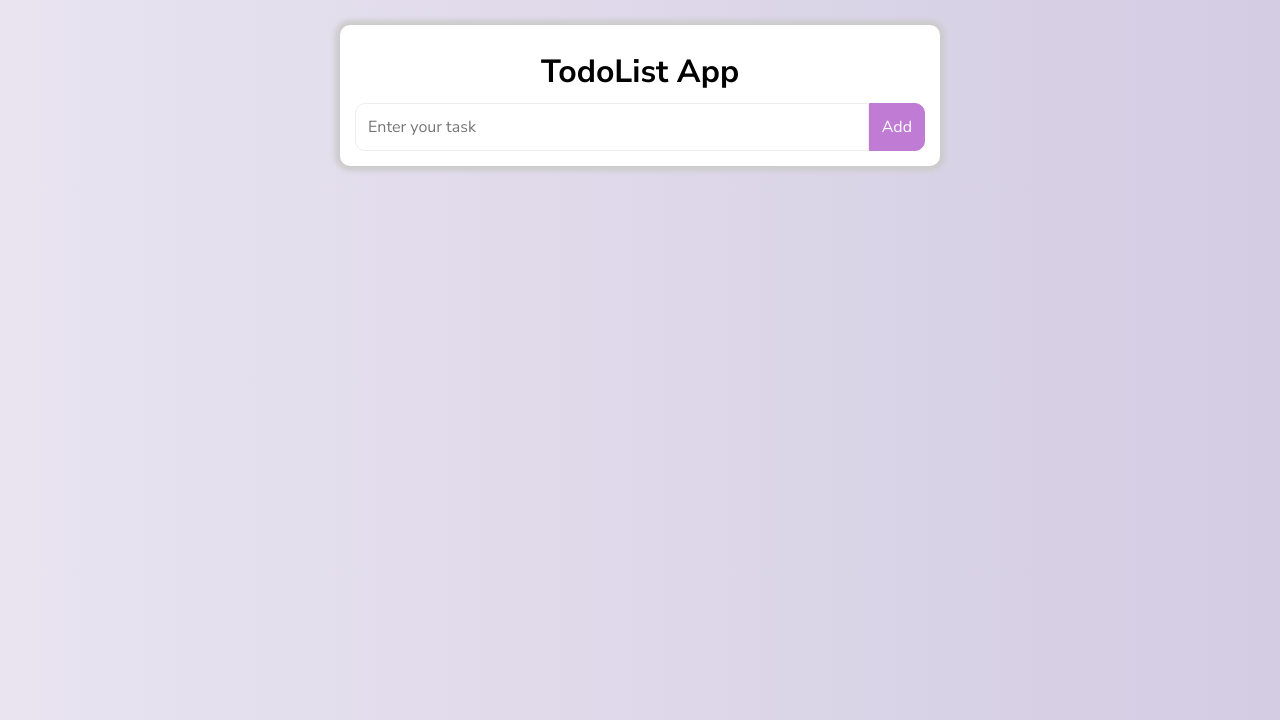
Repository: anhquan74-dev/todolist_app
Page: index.html
An editor plug-in stored every save of this project. The page is shown before and after the next save, followed by the edit.
The browser window is 1280 px wide. The pictures show the whole page.
Some web libraries are served in a nearby version.

Above is the page before, as saved 2022-07-21 17:49:47.

After the next save:
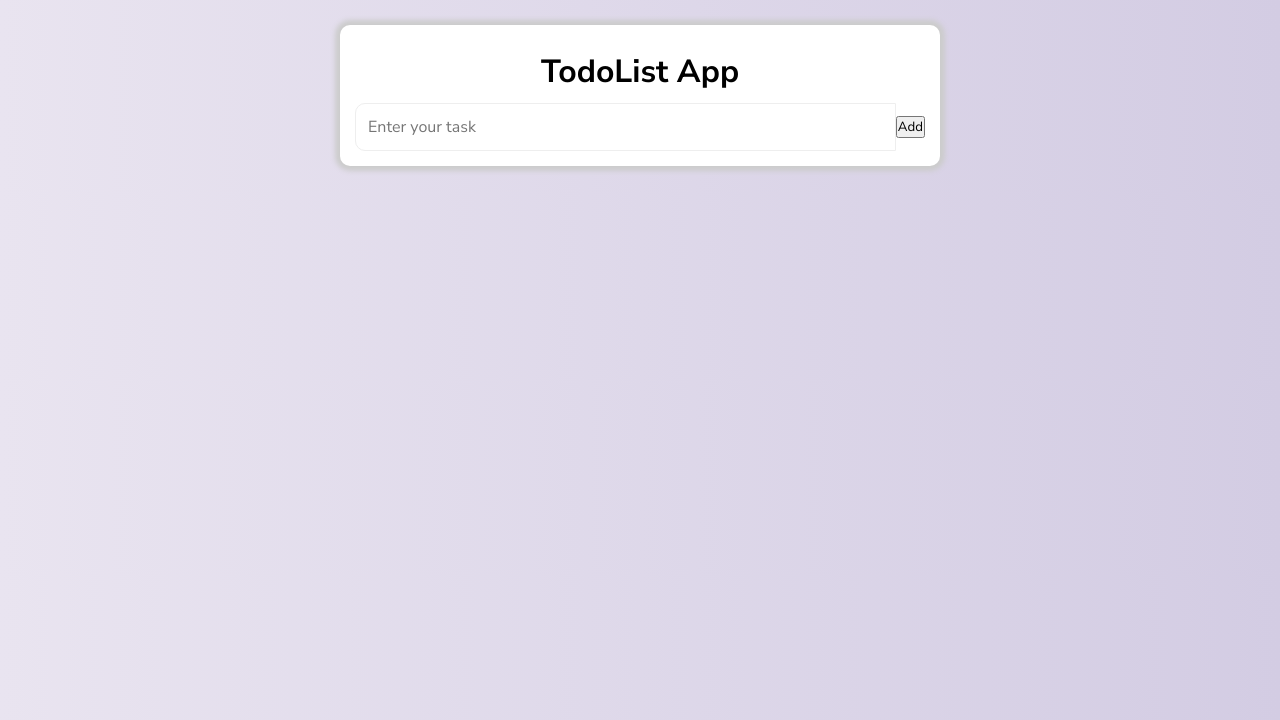
Console error: TypeError: Cannot read properties of null (reading 'addEventListener')
Saved 94 s later.
--- a/index.html
+++ b/index.html
@@ -19,7 +19,7 @@
       <h1>TodoList App</h1>
       <div class="form-control">
         <input id="input-text" type="text" placeholder="Enter your task" />
-        <button id="add-btn">Add</button>
+        <button class="add-btn">Add</button>
       </div>
       <ul id="list-item">
         <!-- <li class="item">

After the 2 saves that followed:
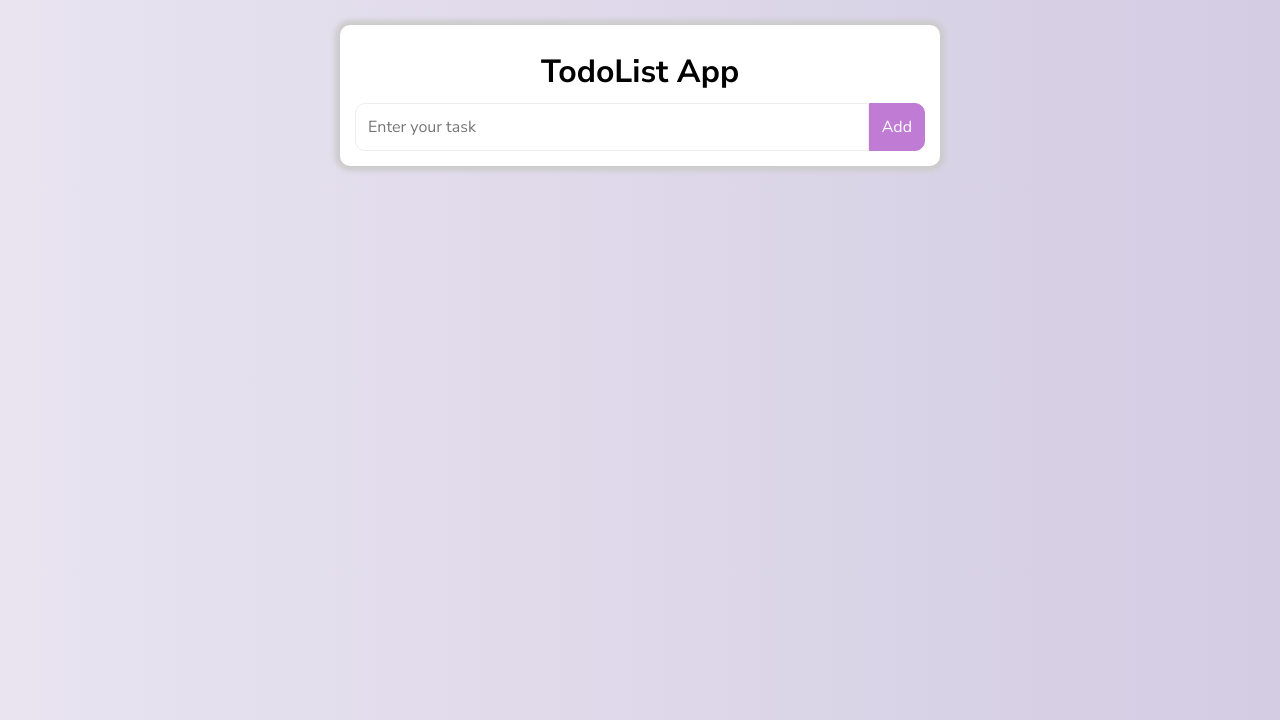
The 2 saves are shown as one change because they came seconds apart.
The last was saved 6 s later.
--- a/style.css
+++ b/style.css
@@ -47,7 +47,7 @@ h1 {
     border-radius: 10px 0px 0px 10px;
 }
 
-#add-btn {
+.add-btn {
     font-size: 16px;
     padding: 12px;
     outline: none;
@@ -58,7 +58,7 @@ h1 {
     color: white;
 }
 
-#add-btn:hover {
+.add-btn:hover {
     background-color: #a13bc0;
     border: 1px solid #a13bc0;
 }
